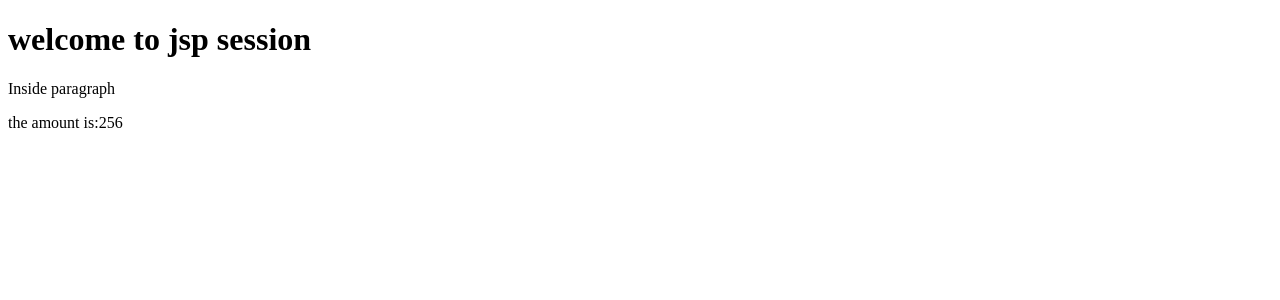
Repository: Tejashriamarjadhav/PHASE2_PROJECT
Page: http://localhost/JSPDemo/insex.jsp
An editor plug-in stored every save of this project. The page is shown before and after the next save, followed by the edit.
The browser window is 1280 px wide. The pictures show the whole page.
The page is served by Tomcat 9.

Above is the page before, as saved 2021-08-21 14:37:44.

After the next save:
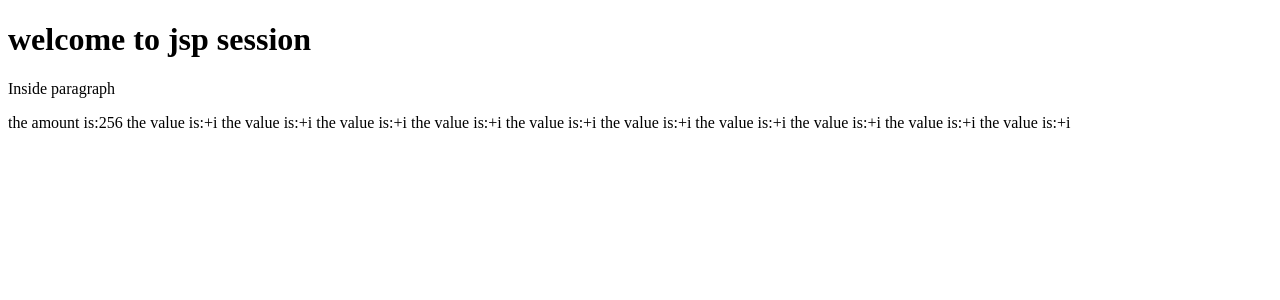
Saved 71 s later.
--- a/JSPDemo/WebContent/insex.jsp
+++ b/JSPDemo/WebContent/insex.jsp
@@ -13,6 +13,9 @@
 
 int amount=256;
 out.println("<p> the amount is:"+amount);
+for(int i=0;i<10;i++){
+	out.println("the value is:+i");
+}
 %>
 </body>
 </html>
